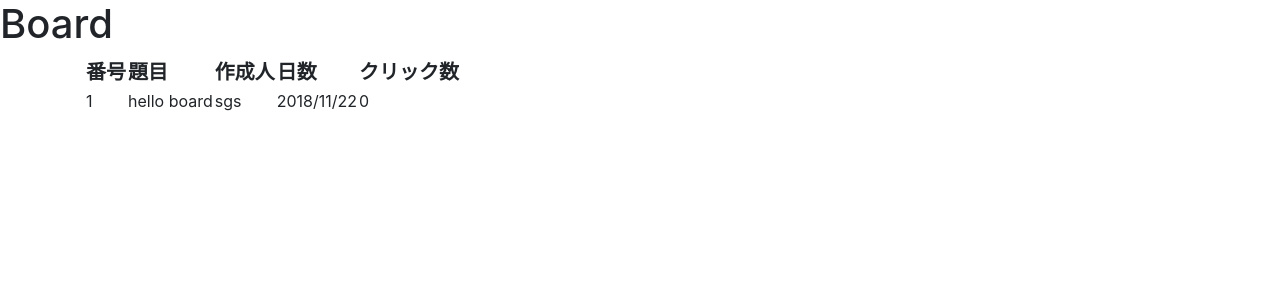
Repository: songgisung/study_web
Page: 20181126/test/board/WebContent/board.html
These files come from the project's save history. The page is drawn as it stood at one moment and after the next save; the edit follows.
The browser window is 1280 px wide. The pictures show the whole page.

Above is the page before, as saved 2018-11-22 08:43:10.

After the next save:
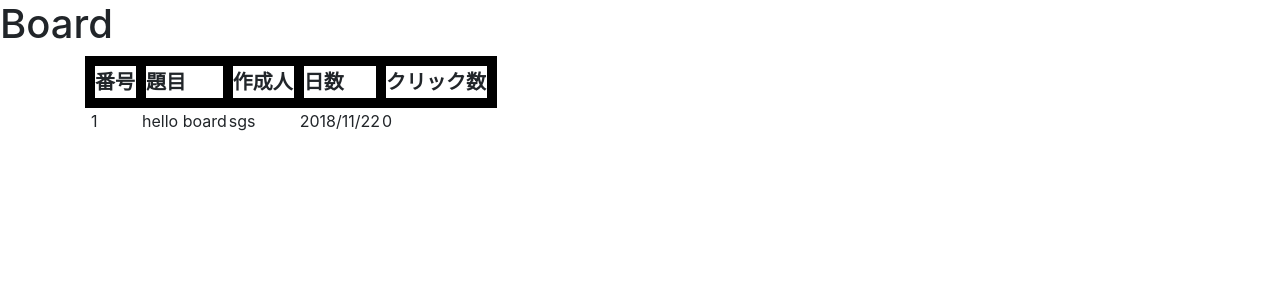
Saved 55 s later.
--- a/20181126/test/board/WebContent/board.html
+++ b/20181126/test/board/WebContent/board.html
@@ -13,11 +13,11 @@
 	<div class="container">
 		<table>
 			<tr class="table_">
-				<th>番号</th>
-				<th>題目</th>
-				<th>作成人</th>
-				<th>日数</th>
-				<th>クリック数</th>
+				<th class="cell">番号</th>
+				<th class="cell">題目</th>
+				<th class="cell">作成人</th>
+				<th class="cell">日数</th>
+				<th class="cell">クリック数</th>
 			</tr>
 			<tr>
 				<td>1</td>
